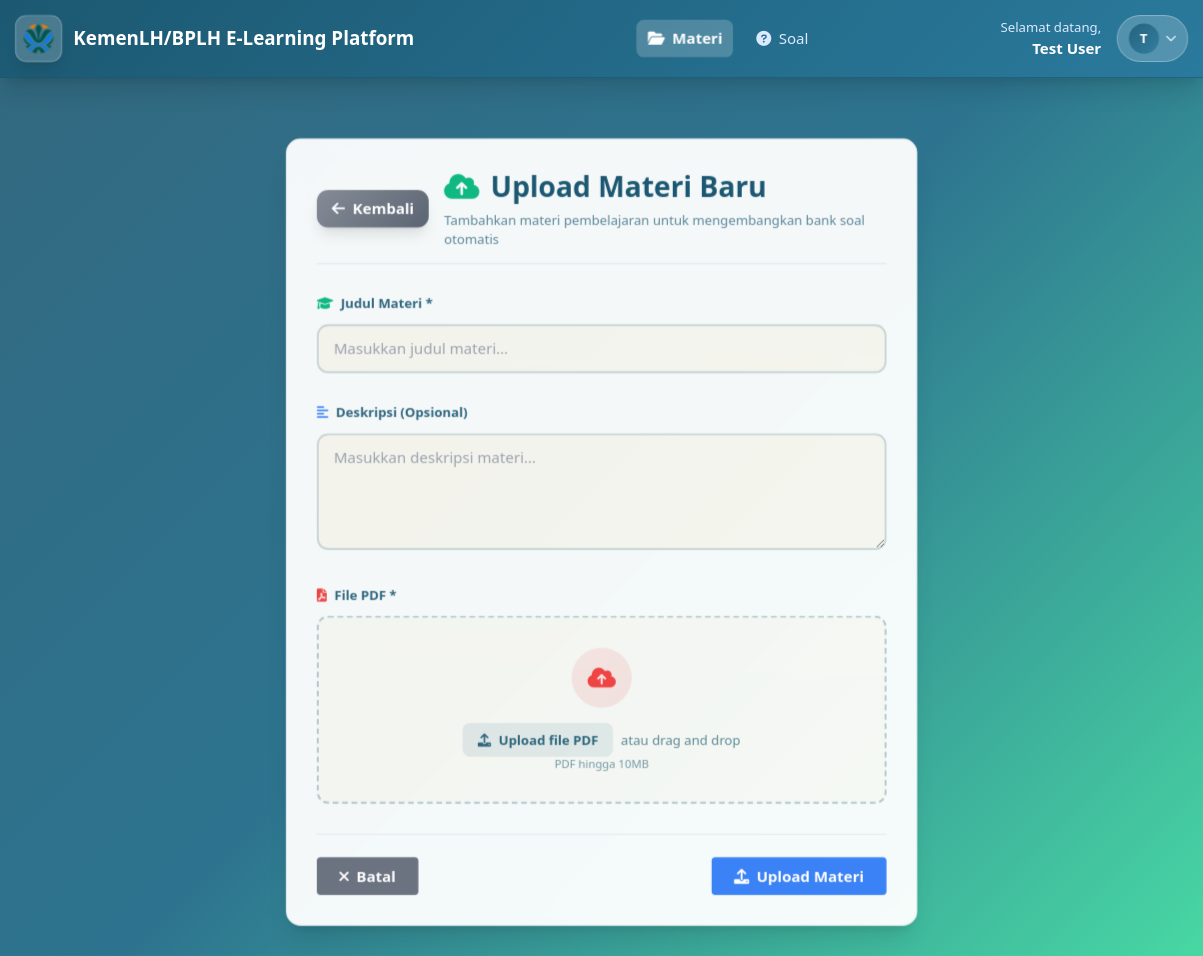
Repository: Autofat/LMS-MOOC
Page: http://localhost/materials/create
These files come from the project's save history. The page is drawn as it stood at one moment and after the next save; the edit follows.
The browser window is 1280 px wide. The pictures show the whole page, at 94% of full size.
Some web libraries are served in a nearby version. The page is served by the project's Laravel application, run on PHP 8.4 with Laravel 12. A made-up administrator, Test User (test@example.com), is signed in. Other server files are loaded and not shown.

Above is the page before, as saved 2025-08-01 13:36:50.

### routes/web.php
<?php

use Illuminate\Support\Facades\Route;
use Illuminate\Support\Facades\Auth;
use Illuminate\Support\Facades\Http;
use Illuminate\Support\Facades\Storage;
use Illuminate\Http\Request;
use App\Http\Controllers\QuestionController;
use App\Http\Controllers\MaterialController;
use App\Http\Controllers\AuthController;

// Root redirect to login
Route::get('/', function () {
    // Force logout and clear session
    Auth::logout();
    session()->flush();
    session()->regenerate();

    return redirect()->route('login');
});

// Authentication Routes
Route::get('/login', [AuthController::class, 'showLoginForm'])->name('login');
Route::post('/login', [AuthController::class, 'login']);
Route::get('/register', [AuthController::class, 'showRegisterForm'])->name('register');
Route::post('/register', [AuthController::class, 'register']);
Route::post('/logout', [AuthController::class, 'logout'])->name('logout');

// Temporary route to clear session
Route::get('/clear-session', function () {
    Auth::logout();
    session()->flush();
    session()->regenerate();
    return redirect()->route('login')->with('success', 'Session cleared. Please login again.');
});

// Test route to check auth status
Route::get('/test-auth', function () {
    return response()->json([
        'auth_check' => Auth::check(),
        'user' => Auth::user(),
        'session_id' => session()->getId(),
        'session_data' => session()->all()
    ]);
});

// Protected Routes (require authentication)
Route::middleware(['auth'])->group(function () {

    // Debug route for testing n8n connection
    Route::get('/test-n8n-connection', function () {
        try {
            $testData = [
                'action' => 'test_connection',
                'timestamp' => now()->toISOString(),
                'message' => 'Laravel connection test'
            ];

            $n8nUrl = env('N8N_GENERATE_QUESTIONS_URL', 'http://localhost:5678/webhook/generate-questions');

            $response = Http::timeout(120)
                ->retry(2, 100)
                ->withOptions([
                    'verify' => false,
                    'allow_redirects' => true,
                    'http_errors' => false
                ])
                ->post($n8nUrl, $testData);

            return response()->json([
                'success' => true,
                'message' => 'n8n connection test completed',
                'url' => $n8nUrl,
                'request_data' => $testData,
                'response' => [
                    'status' => $response->status(),
                    'headers' => $response->headers(),
                    'body' => $response->body(),
                    'successful' => $response->successful()
                ]
            ]);

        } catch (\Exception $e) {
            return response()->json([
                'success' => false,
                'error' => $e->getMessage(),
                'error_class' => get_class($e)
            ], 500);
        }
    })->name('test.n8n.connection');

    // Material Routes
    Route::get('/materials', [MaterialController::class, 'index'])->name('materials.index');
    Route::get('/materials/create', [MaterialController::class, 'create'])->name('materials.create');
    Route::post('/materials', [MaterialController::class, 'store'])->name('materials.store');
    Route::get('/materials/{id}', [MaterialController::class, 'show'])->name('materials.show');
    Route::get('/materials/{id}/edit', [MaterialController::class, 'edit'])->name('materials.edit');
    Route::put('/materials/{id}', [MaterialController::class, 'update'])->name('materials.update');
    Route::delete('/materials/{id}', [MaterialController::class, 'destroy'])->name('materials.destroy');
    Route::get('/materials/{id}/download', [MaterialController::class, 'download'])->name('materials.download');

    // Debug routes for testing file uploads
    Route::get('/test-upload', function () {
        return view('test-upload');
    })->name('test.upload.form');

    Route::post('/test-upload', function (Request $request) {
        $info = [
            'has_file' => $request->hasFile('pdf_file'),
            'php_upload_max' => ini_get('upload_max_filesize'),
            'php_post_max' => ini_get('post_max_size'),
            'storage_writable' => is_writable(storage_path('app/public')),
            'materials_dir_exists' => Storage::disk('public')->exists('materials'),
        ];

        if ($request->hasFile('pdf_file')) {
            $file = $request->file('pdf_file');
            $info['file'] = [
                'name' => $file->getClientOriginalName(),
                'size' => $file->getSize(),
                'mime' => $file->getMimeType(),
                'is_valid' => $file->isValid(),
                'error' => $file->getError(),
            ];
        }

        return response()->json($info);
    })->name('test.upload');
    Route::get('/materials/{id}/questions', [MaterialController::class, 'questions'])->name('materials.questions');

    // Generate Questions with n8n
    Route::post('/materials/{id}/generate-questions', [MaterialController::class, 'generateQuestions'])->name('materials.generate-questions');
    Route::post('/materials/{id}/generate-questions-async', [MaterialController::class, 'generateQuestionsAsync'])->name('materials.generate-questions-async');
    Route::get('/materials/{id}/test-n8n', [MaterialController::class, 'testN8nConnection'])->name('materials.test-n8n');

    // Form Manual Input
    Route::get('/questions/create', [QuestionController::class, 'create'])->name('questions.create');
    Route::post('/questions', [QuestionController::class, 'store'])->name('questions.store');

    // Manage and Edit Questions
    Route::get('/questions/manage', [QuestionController::class, 'manage'])->name('questions.manage');
    Route::get('/questions/{id}/edit', [QuestionController::class, 'edit'])->name('questions.edit');
    Route::put('/questions/{id}', [QuestionController::class, 'update'])->name('questions.update');
    Route::delete('/questions/{id}', [QuestionController::class, 'destroy'])->name('questions.destroy');
});

### resources/views/materials/create.blade.php
<!DOCTYPE html>
<html lang="en">

<head>
    <meta charset="UTF-8">
    <meta name="viewport" content="width=device-width, initial-scale=1.0">
    <title>Upload Materi Baru - Education Generator Platform</title>
    <script src="https://cdn.tailwindcss.com"></script>
    <link href="https://cdnjs.cloudflare.com/ajax/libs/font-awesome/6.0.0/css/all.min.css" rel="stylesheet">
    <style>
        .professional-gradient {
            background: linear-gradient(135deg, rgba(28,88,113,0.9) 0%, rgba(34,108,137,0.95) 50%, rgba(52,211,153,0.9) 100%);
        }

        .glass-effect {
            background: rgba(255, 255, 255, 0.95);
            backdrop-filter: blur(10px);
            border: 1px solid rgba(28,88,113,0.1);
        }
    </style>
</head>

<body class="min-h-screen professional-gradient">
    <!-- Include Navbar Component -->
    @include('components.navbar')

    <div class="container mx-auto px-4 py-8">
        <div class="max-w-2xl mx-auto">
            <div class="glass-effect rounded-2xl shadow-xl p-8">
                <!-- Header -->
                <div class="flex items-center mb-8 pb-4 border-b" style="border-color: rgba(28,88,113,0.1);">
                    <a href="{{ route('materials.index') }}"
                       class="inline-flex items-center px-4 py-2 rounded-xl font-semibold transition-all duration-200 shadow-lg hover:shadow-xl transform hover:scale-105 mr-4"
                       style="background: linear-gradient(135deg, rgba(107,114,128,0.8) 0%, rgba(75,85,99,0.9) 100%); color: white;">
                        <i class="fas fa-arrow-left mr-2"></i>
                        Kembali
                    </a>
                    <div>
                        <h1 class="text-3xl font-bold mb-2 flex items-center" style="color: rgba(28,88,113,1);">
                            <i class="fas fa-cloud-upload-alt mr-3 text-emerald-500"></i>
                            Upload Materi Baru
                        </h1>
                        <p class="text-sm" style="color: rgba(28,88,113,0.7);">Tambahkan materi pembelajaran untuk mengembangkan bank soal otomatis</p>
                    </div>
                </div>

                @if ($errors->any())
                    <div class="rounded-xl px-6 py-4 mb-6" style="background: linear-gradient(135deg, rgba(239,68,68,0.1) 0%, rgba(220,38,38,0.1) 100%); border: 1px solid rgba(239,68,68,0.3);">
                        <div class="flex items-center mb-2">
                            <i class="fas fa-exclamation-triangle text-red-500 mr-2"></i>
                            <span class="font-semibold text-red-700">Terdapat kesalahan dalam input:</span>
                        </div>
                        <ul class="list-disc list-inside text-red-600 space-y-1">
                            @foreach ($errors->all() as $error)
                                <li>{{ $error }}</li>
                            @endforeach
                        </ul>
                    </div>
                @endif

                <form action="{{ route('materials.store') }}" method="POST" enctype="multipart/form-data"
                    class="space-y-8">
                    @csrf

                    <!-- Title -->
                    <div>
                        <label for="title" class="block text-sm font-semibold mb-3 flex items-center space-x-2" style="color: rgba(28,88,113,0.9);">
                            <i class="fas fa-graduation-cap text-emerald-500"></i>
                            <span>Judul Materi *</span>
                        </label>
                        <input type="text" id="title" name="title" value="{{ old('title') }}" required
                            class="w-full rounded-xl px-4 py-3 focus:outline-none focus:ring-2 transition-all border-2"
                            style="border-color: rgba(28,88,113,0.2); background: linear-gradient(135deg, rgba(245,158,11,0.05) 0%, rgba(251,191,36,0.05) 100%);"
                            placeholder="Masukkan judul materi...">
                    </div>

                    <!-- Description -->
                    <div>
                        <label for="description" class="block text-sm font-semibold mb-3 flex items-center space-x-2" style="color: rgba(28,88,113,0.9);">
                            <i class="fas fa-align-left text-blue-500"></i>
                            <span>Deskripsi (Opsional)</span>
                        </label>
                        <textarea id="description" name="description" rows="4"
                            class="w-full rounded-xl px-4 py-3 focus:outline-none focus:ring-2 transition-all border-2"
                            style="border-color: rgba(28,88,113,0.2); background: linear-gradient(135deg, rgba(245,158,11,0.05) 0%, rgba(251,191,36,0.05) 100%);"
                            placeholder="Masukkan deskripsi materi...">{{ old('description') }}</textarea>
                    </div>

                    <!-- PDF File -->
                    <div>
                        <label for="pdf_file" class="block text-sm font-semibold mb-3 flex items-center space-x-2" style="color: rgba(28,88,113,0.9);">
                            <i class="fas fa-file-pdf text-red-500"></i>
                            <span>File PDF *</span>
                        </label>
                        <div class="mt-1 flex justify-center px-6 pt-8 pb-8 border-2 border-dashed rounded-xl hover:border-opacity-60 transition-all"
                             style="border-color: rgba(28,88,113,0.3); background: linear-gradient(135deg, rgba(245,158,11,0.03) 0%, rgba(251,191,36,0.03) 100%);">
                            <div class="space-y-2 text-center">
                                <div class="mx-auto h-16 w-16 rounded-full flex items-center justify-center mb-4"
                                     style="background: linear-gradient(135deg, rgba(239,68,68,0.1) 0%, rgba(220,38,38,0.1) 100%);">
                                    <i class="fas fa-cloud-upload-alt text-2xl text-red-500"></i>
                                </div>
                                    <path
                                        d="M28 8H12a4 4 0 00-4 4v20m32-12v8m0 0v8a4 4 0 01-4 4H12a4 4 0 01-4-4v-4m32-4l-3.172-3.172a4 4 0 00-5.656 0L28 28M8 32l9.172-9.172a4 4 0 015.656 0L28 28m0 0l4 4m4-24h8m-4-4v8m-12 4h.02"
                                        stroke-width="2" stroke-linecap="round" stroke-linejoin="round" />
                                </svg>
                                <div class="flex text-sm" style="color: rgba(28,88,113,0.7);">
                                    <label for="pdf_file"
                                        class="relative cursor-pointer rounded-lg font-semibold px-4 py-2 transition-all hover:shadow-md"
                                        style="background: linear-gradient(135deg, rgba(28,88,113,0.1) 0%, rgba(34,108,137,0.1) 100%); color: rgba(28,88,113,0.9);">
                                        <span><i class="fas fa-upload mr-2"></i>Upload file PDF</span>
                                        <input id="pdf_file" name="pdf_file" type="file" class="sr-only"
                                            accept=".pdf" required onchange="updateFileName(this)">
                                    </label>
                                    <p class="pl-2 self-center">atau drag and drop</p>
                                </div>
                                <p class="text-xs" style="color: rgba(28,88,113,0.6);">PDF hingga 10MB</p>
                                <p id="file-name" class="text-sm font-medium" style="color: rgba(28,88,113,0.8);"></p>
                            </div>
                        </div>
                    </div>

                    <!-- Submit Buttons -->
                    <div class="flex justify-between items-center pt-6 border-t">
                        <a href="{{ route('materials.index') }}"
                            class="bg-gray-500 hover:bg-gray-600 text-white font-bold py-2 px-6 rounded transition-colors">
                            <i class="fas fa-times mr-2"></i>Batal
                        </a>
                        <button type="submit"
                            class="bg-blue-500 hover:bg-blue-600 text-white font-bold py-2 px-6 rounded transition-colors">
                            <i class="fas fa-upload mr-2"></i>Upload Materi
                        </button>
                    </div>
                </form>
            </div>
        </div>
    </div>

    <script>
        function updateFileName(input) {
            const fileNameElement = document.getElementById('file-name');
            if (input.files && input.files[0]) {
                fileNameElement.textContent = input.files[0].name;
            } else {
                fileNameElement.textContent = '';
            }
        }
    </script>
</body>

</html>

Loaded but not shown: app/Models/User.php (common file); app/Http/Controllers/Controller.php (common file); app/Http/Controllers/MaterialController.php (844 lines, source omitted); resources/views/components/navbar.blade.php (221 lines, source omitted)

After the next save:
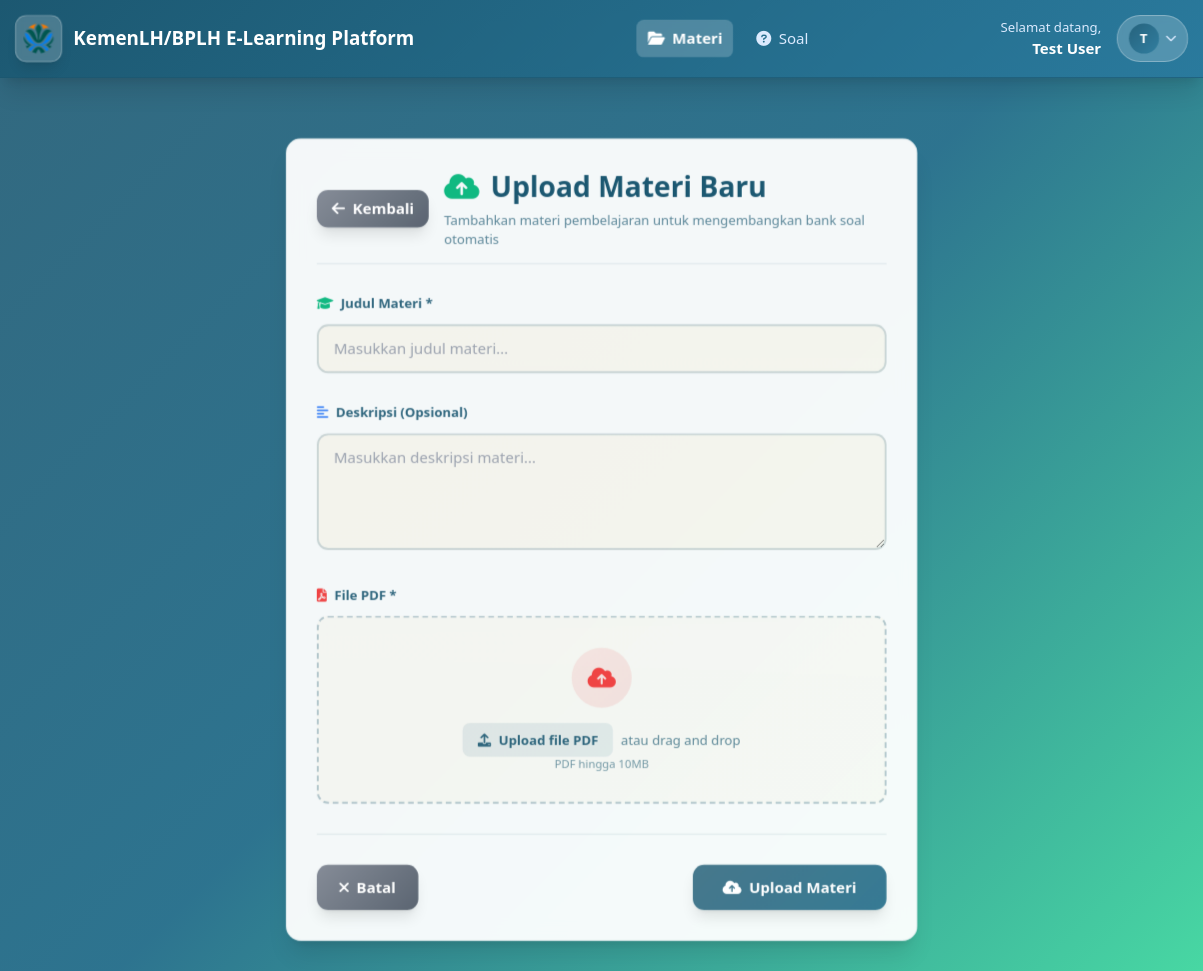
Saved 12 s later.
--- a/resources/views/materials/create.blade.php
+++ b/resources/views/materials/create.blade.php
@@ -120,14 +120,16 @@
                     </div>
 
                     <!-- Submit Buttons -->
-                    <div class="flex justify-between items-center pt-6 border-t">
+                    <div class="flex justify-between items-center pt-8 border-t" style="border-color: rgba(28,88,113,0.1);">
                         <a href="{{ route('materials.index') }}"
-                            class="bg-gray-500 hover:bg-gray-600 text-white font-bold py-2 px-6 rounded transition-colors">
+                            class="inline-flex items-center px-6 py-3 rounded-xl font-semibold transition-all duration-200 shadow-lg hover:shadow-xl transform hover:scale-105"
+                            style="background: linear-gradient(135deg, rgba(107,114,128,0.8) 0%, rgba(75,85,99,0.9) 100%); color: white;">
                             <i class="fas fa-times mr-2"></i>Batal
                         </a>
                         <button type="submit"
-                            class="bg-blue-500 hover:bg-blue-600 text-white font-bold py-2 px-6 rounded transition-colors">
-                            <i class="fas fa-upload mr-2"></i>Upload Materi
+                            class="inline-flex items-center px-8 py-3 rounded-xl font-semibold transition-all duration-200 shadow-lg hover:shadow-xl transform hover:scale-105"
+                            style="background: linear-gradient(135deg, rgba(28,88,113,0.8) 0%, rgba(34,108,137,0.9) 100%); color: white;">
+                            <i class="fas fa-cloud-upload-alt mr-2"></i>Upload Materi
                         </button>
                     </div>
                 </form>
